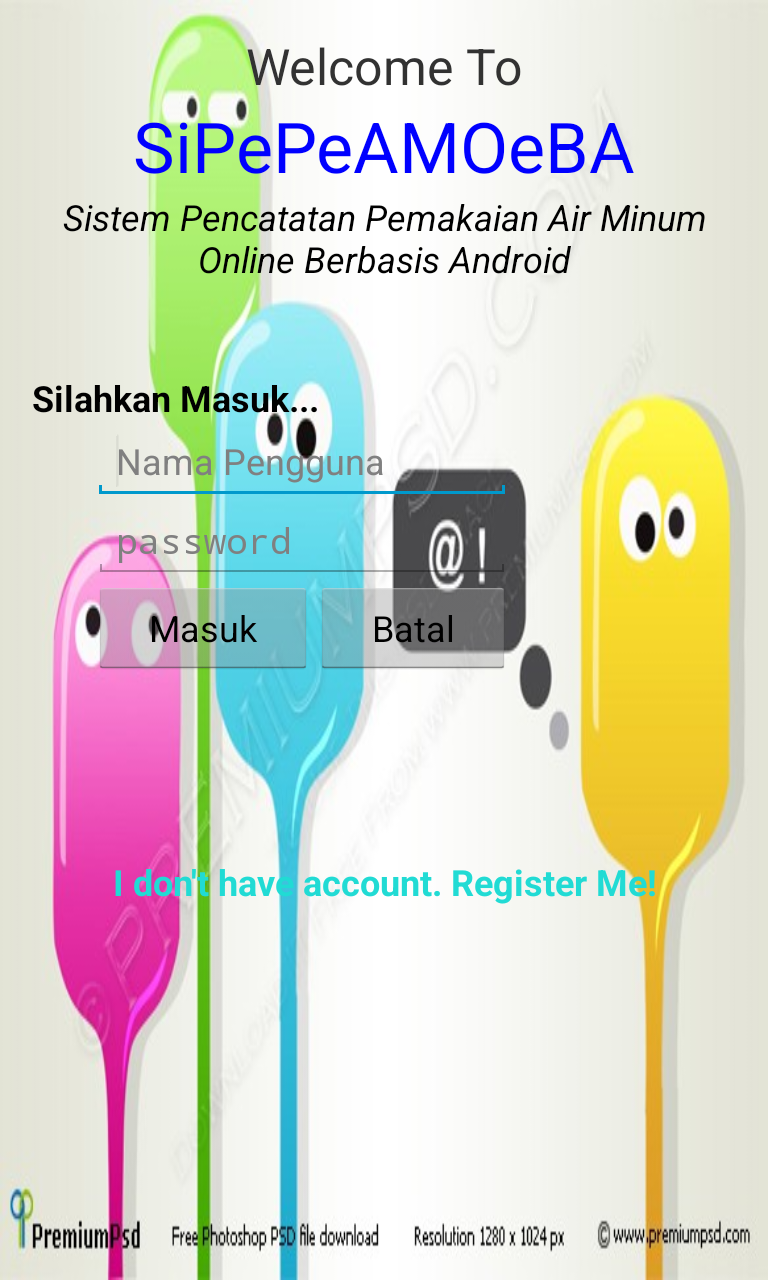
Repository: Mikroskil/DHDZ
Layout: sipepeamoeba/Sipepeamoeba/res/layout/activity_login.xml
The author's editor kept a copy of each file at every save. The layout is drawn from the files as they stood at one save, then again after the next save.
It is drawn on a 768 x 1280 px phone screen (xhdpi) without system bars, with theme AppTheme; the app's code is not run.

Above is the layout before, as saved 2013-11-25 17:03:12.

### sipepeamoeba/Sipepeamoeba/res/layout/activity_login.xml
<LinearLayout xmlns:android="http://schemas.android.com/apk/res/android"
    xmlns:tools="http://schemas.android.com/tools"
    android:layout_width="match_parent"
    android:layout_height="match_parent"
    android:paddingBottom="@dimen/activity_vertical_margin"
    android:paddingLeft="@dimen/activity_horizontal_margin"
    android:paddingRight="@dimen/activity_horizontal_margin"
    android:paddingTop="@dimen/activity_vertical_margin"
    android:background="@drawable/about"
    android:orientation="vertical"
    tools:context=".Login" >

    <TextView
        android:id="@+id/textView1"
        android:layout_width="fill_parent"
        android:layout_height="wrap_content"
        android:gravity="center"
        android:text="Welcome To"
        android:textSize="25sp" />

    <TextView
        android:id="@+id/textView2"
        android:layout_width="fill_parent"
        android:layout_height="wrap_content"
        android:gravity="center"
        android:text="SiPePeAMOeBA"
        android:textColor="#0000ff"
        android:textSize="35sp" />

    <TextView
        android:id="@+id/textView3"
        android:layout_width="wrap_content"
        android:layout_height="wrap_content"
        android:gravity="center"
        android:text="Sistem Pencatatan Pemakaian Air Minum Online Berbasis Android"
        android:textAppearance="?android:attr/textAppearanceMedium"
        android:textStyle="italic" />

    <TextView
        android:id="@+id/textView4"
        android:layout_width="fill_parent"
        android:layout_height="wrap_content"
        android:text="Silahkan Masuk..."
        android:textAppearance="?android:attr/textAppearanceMedium"
        android:textStyle="bold"
        android:layout_marginTop="45sp"/>

    <TableLayout
        android:layout_width="210dp"
        android:layout_height="wrap_content"
        android:layout_marginLeft="30dp"
        >

        <TableRow
            android:id="@+id/tableRow1"
            android:layout_width="210dp"
            android:layout_height="wrap_content" >

            <EditText
        		android:id="@+id/editId"
        		android:layout_width="210dp"
        		android:layout_height="wrap_content"
        		android:hint="Nama Pengguna"
        		android:maxLines="1">

        		<requestFocus />
    		</EditText>


        </TableRow>

        <TableRow
            android:id="@+id/tableRow2"
            android:layout_width="match_parent"
            android:layout_height="wrap_content" >

            <EditText
                android:id="@+id/editPassword"
                android:layout_width="match_parent"
                android:layout_height="wrap_content"
                android:inputType="textPassword"
                android:hint="password"/>

        </TableRow>


            <TableLayout
                android:layout_width="210dp"
                android:layout_height="wrap_content" >

                <TableRow
                    android:id="@+id/tableRow3"
                    android:layout_width="fill_parent"
                    android:layout_height="wrap_content" >


                    <Button
                android:id="@+id/btnMasuk"
                android:layout_width="fill_parent"
                android:layout_height="wrap_content"
                android:layout_weight="0.5"
                android:text="Masuk"
                />

                   <Button
                       android:id="@+id/btnBatal"
                       android:layout_width="fill_parent"
                       android:layout_height="wrap_content"
                       android:layout_weight="0.5"
                       android:text="Batal" />

                </TableRow>

            </TableLayout>

    </TableLayout>
    <TextView android:id="@+id/login_error"
            		android:layout_width="fill_parent"
            		android:layout_height="wrap_content"
            		android:textColor="#e30000"
            		android:padding="10dip"
            		android:textStyle="bold"/>
    <Button
            android:id="@+id/btnLinkToRegisterScreen"
            android:layout_width="fill_parent"
            android:layout_height="wrap_content"
            android:layout_marginTop="40dip"
            android:background="@null"
            android:text="I don&apos;t have account. Register Me!"
            android:textColor="#21dbd4"
            android:textStyle="bold" />
</LinearLayout>

Loaded but not shown: sipepeamoeba/Sipepeamoeba/res/values/styles.xml (common file); sipepeamoeba/Sipepeamoeba/res/values-v11/styles.xml (common file); sipepeamoeba/Sipepeamoeba/res/values-v14/styles.xml (common file); sipepeamoeba/Sipepeamoeba/res/values/dimens.xml (common file)

After the next save:
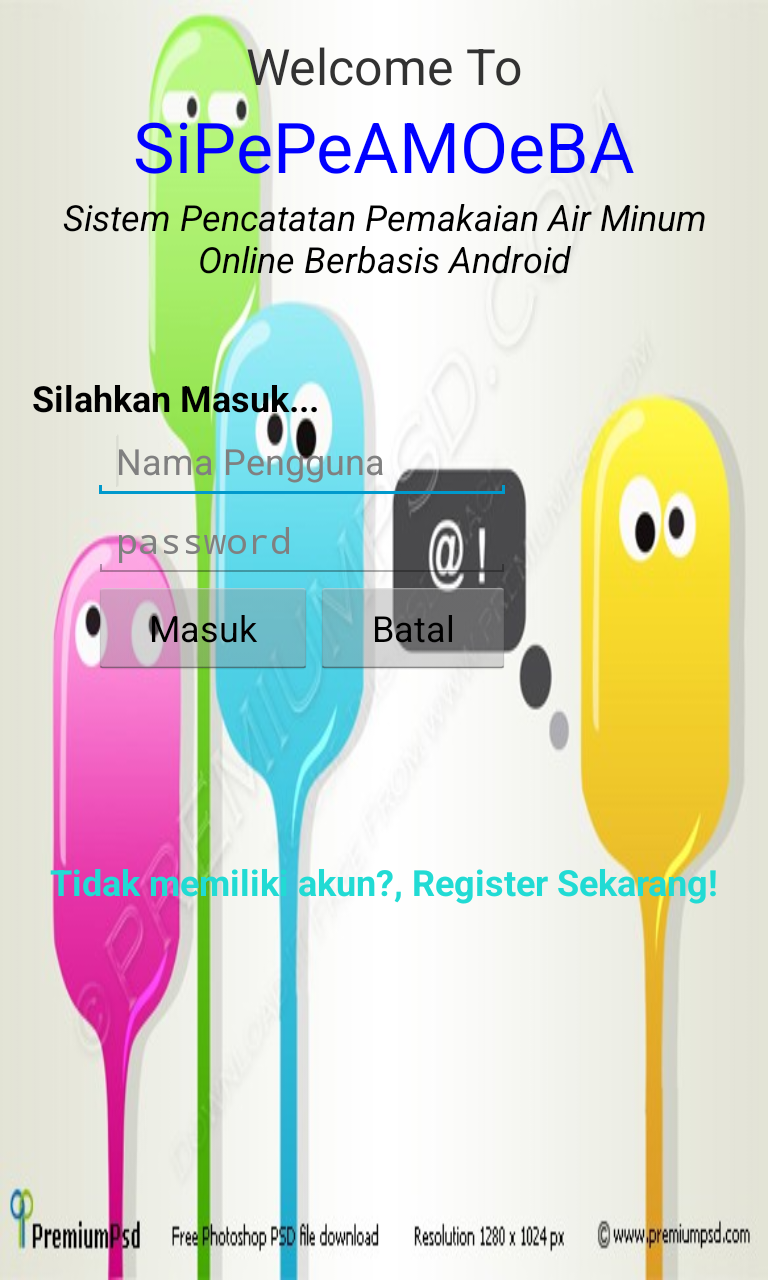
Saved 60 s later.
--- a/sipepeamoeba/Sipepeamoeba/res/layout/activity_login.xml
+++ b/sipepeamoeba/Sipepeamoeba/res/layout/activity_login.xml
@@ -126,7 +126,7 @@
             android:layout_height="wrap_content"
             android:layout_marginTop="40dip"
             android:background="@null"
-            android:text="I don&apos;t have account. Register Me!"
+            android:text="Tidak memiliki akun?, Register Sekarang!"
             android:textColor="#21dbd4"
             android:textStyle="bold" />
 </LinearLayout>
